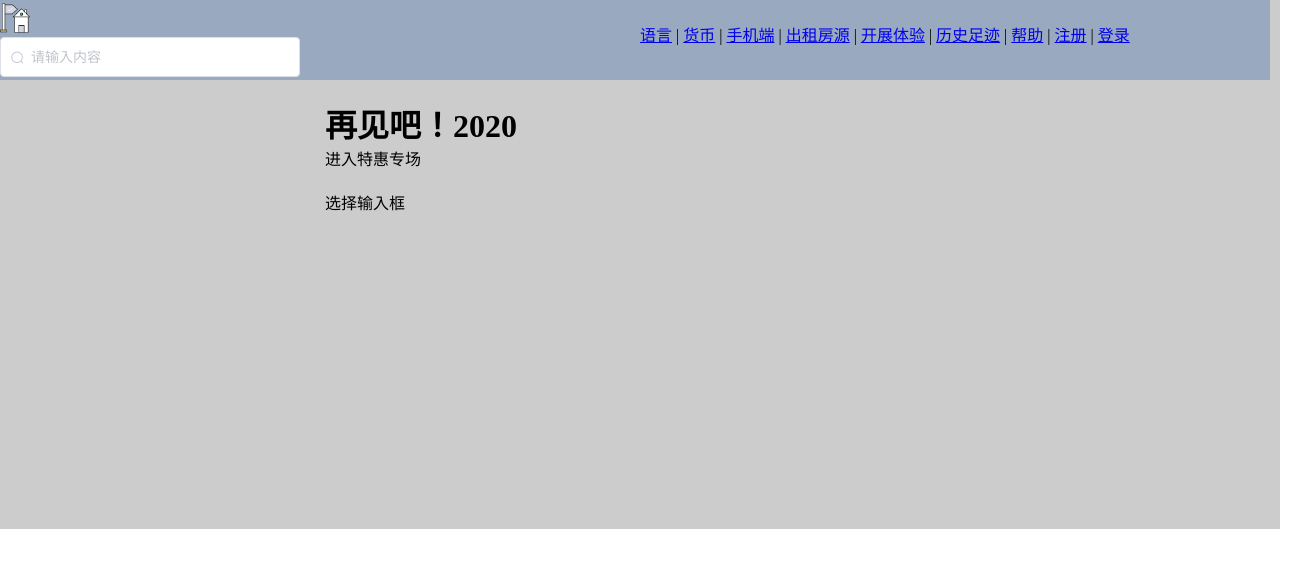
Repository: yz1181214391/my-airbnb
Page: /
An editor plug-in stored every save of this project. The page is shown before and after the next save, followed by the edit.
The browser window is 1280 px wide. The page is 1290 px wide, so the pictures cover 1290 px, including what lies to the right of the window. The pictures show the whole page.
The project was rebuilt for these pictures with package versions that can differ from the ones it lists, and the page was loaded fresh each time. Also part of the build but not shown: src/components/Banner.vue, src/views/Language.vue, src/views/Currency.vue, src/views/Enter.vue, src/views/Experience.vue, src/views/Help.vue, src/views/History.vue, src/views/Mobile.vue and 2 more.

Above is the page before, as saved 2020-12-09 14:46:48.

After the next save:
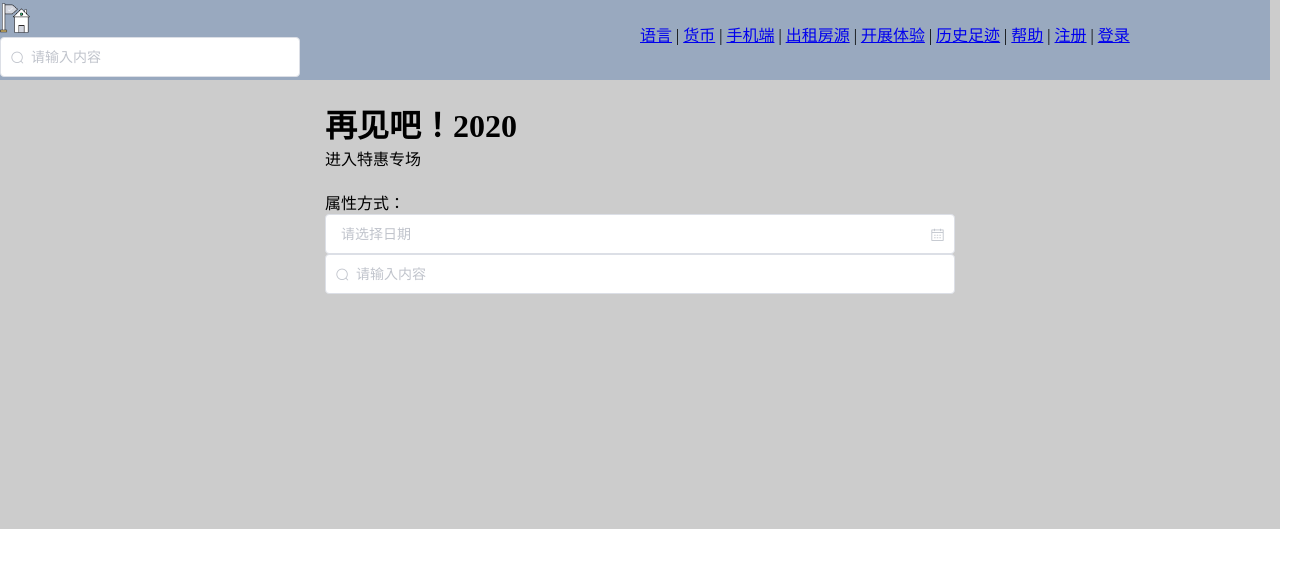
Saved 9 min 5 s later.
--- a/src/components/Header.vue
+++ b/src/components/Header.vue
@@ -33,7 +33,19 @@
       <el-row :gutter="20">
         <el-col :span="12" :offset="6">
           <div class="grid-content bg-purple">
-            选择输入框
+            <div class="demo-input-suffix">
+              属性方式：
+              <el-input
+                placeholder="请选择日期"
+                suffix-icon="el-icon-date"
+                v-model="input2">
+              </el-input>
+              <el-input
+                placeholder="请输入内容"
+                prefix-icon="el-icon-search"
+                v-model="input21">
+              </el-input>
+            </div>
           </div>
         </el-col>
       </el-row>
